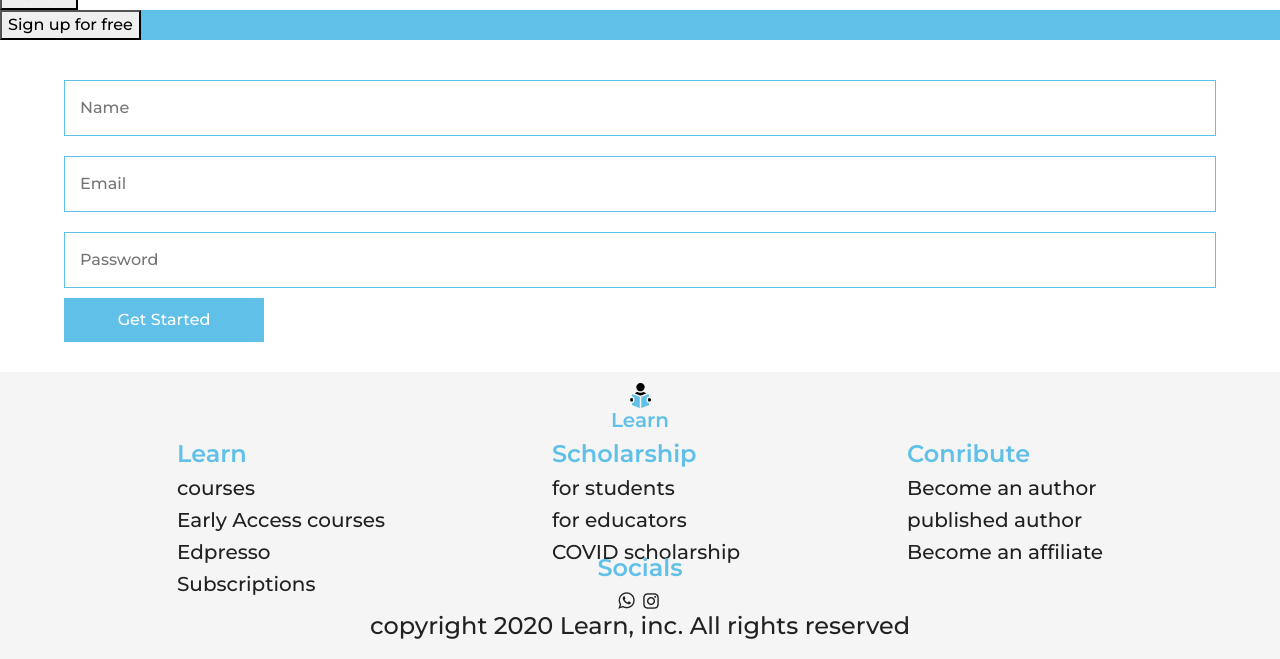
Repository: TiaraOluwanimi/team5
Page: tutor.html
The author's editor kept a copy of each file at every save. The page is drawn from the files as they stood at one save, then again after the next save.
The browser window is 1280 px wide. The pictures show the part of the page from y = 2365 to 3024 px (the page is 3024 px tall before and 2964 px after).
A picture or video elsewhere on the page could not be fetched, so the positions and the page height are approximate. Some web libraries are served in a nearby version.

Above is the page before, as saved 2020-08-08 11:38:00.

### tutor.html
<!DOCTYPE html>
<html lang="en">
  <head>
    <meta charset="UTF-8" />
    <meta name="viewport" content="width=device-width, initial-scale=1.0" />
    <title>Online Tutoring</title>
    <!-- Custom Css -->
    <link rel="stylesheet" href="./assets/css/header-footer.css" />
    <link rel="stylesheet" href="./assets/css/tutor.css" />
    <link rel="stylesheet" href="./assets/css/testimonial.css" />
    <!-- Favicon -->
    <link rel="shortcut icon" href="" type="image/x-icon" />
    <!---------------------- CDNs----------------- -->
    <!-- Bootstrap CSS CDN -->
    <link
      rel="stylesheet"
      href="https://maxcdn.bootstrapcdn.com/bootstrap/4.0.0/css/bootstrap.min.css"
      integrity="sha384-Gn5384xqQ1aoWXA+058RXPxPg6fy4IWvTNh0E263XmFcJlSAwiGgFAW/dAiS6JXm"
      crossorigin="anonymous"
    />
    <!-- fontawesome CDN -->
    <!-- Google Font -->
    <link href="https://fonts.googleapis.com/css2?family=Montserrat:wght@500;600&display=swap" rel="stylesheet">
    <!-- Font Awesome -->
    <script src="https://kit.fontawesome.com/0f19ba4771.js" crossorigin="anonymous"></script>

</head>

<body>
    <!-- Welcome to this online tutoring website. 😊 -->
    <!--  Header  -->
    <nav class="nav1">
      <a href="#"><img src="./assets/img/logo.png" alt="" /></a>
      <div class="nav1div1">
        <img
          class="searchicon"
          onclick="displaySearchBar()"
          src="./assets/img/search.png"
          alt=""
        />
        <button class="nav1butt1">Log in</button>
        <button class="nav1butt2">Join for free</button>
      </div>
      <div class="nav1div2 display">
        <input
          class="searchbar"
          type="text"
          placeholder="Enter Text here"
          name=""
          id=""
        />
      </div>
    </nav>

    <!-- Landing Page -->
    <div class="div1">
        <img class="div1img1" src="./assets/img/hero-img.png" alt="">
        <div class="div1div1">
            <i class="fas fa-play-circle fa-2x div1img2"></i>
            &nbsp;&nbsp;&nbsp;
            <h3 class="div1hh1">TAKE A TOUR</h3>
        </div>
    </div>

    <div class="div2">
        <h1 class="div2hh1">
            LEARN ALL YOU WANT, AT YOUR OWN
            <span class="div2hh2">PACE.</span>
        </h1>
        <h4 class="div2hh3">
            Lorem ipsum dolor sit amet, consectetur
            adipiscing elit, sed do eiusmod tempor
            incididunt ut labore et dolore magna
            aliqua. Ut enim ad minim veniam, quis
            nostrud exercitation ullamco laboris nisi
            ut aliquip ex ea commodo consequat.
        </h4>
        <div class="div2div1">
            <button class="div2butt1">Get Started</button>
        </div>
    </div>
    <!-- join us section -->
    <section id="join-us" class="py-5" style="position: relative;">
        <div style="position: absolute; right: 0px; top:-10px;">
          <img src="./assets/img/Ellipse 13.png" alt="" class="img-fluid" />
        </div>
        <div class="container">
          <div class="row">
            <div class="col-12 mx-auto text-center">
              <h4 class="mx-auto sec-head">
                <span><strong>Join Us</strong></span>
              </h4>
              <p>
                Join us for free classes taught by experts. And explore hundreds
                of free online classes.
              </p>
            </div>
            <div class="row py-3">
                <div class="col-md-4 text-center my-3">
                  <div class="box-shadow py-3">
                    <img
                      src="./assets/img/course.png"
                      alt=""
                      class="join-img img-fluid rounded-circle w-50"
                    />
                    <h4 class="my-5"><strong>Choose a Course</strong></h4>
                  </div>
                </div>
                <div class="col-md-4 text-center my-3">
                  <div class="box-shadow py-3">
                    <img
                      src="./assets/img/skillset.png"
                      alt=""
                      class="join-img img-fluid rounded-circle w-50"
                    />
                    <h4 class="my-5"><strong>Grow your skillset</strong></h4>
                  </div>
                </div>
                <div class="col-md-4 text-center my-3">
                  <div class="box-shadow py-3">
                    <img
                      src="./assets/img/mentorship.png"
                      alt=""
                      class="join-img img-fluid rounded-circle w-50"
                    />
                    <h4 class="my-5"><strong>Meet a mentor</strong></h4>
                  </div>
                </div>
                <button
                  class="btn btn-lg btn-outline-primary py-3 px-5 rounded-0 mx-auto"
                >
                  View All
                </button>
              </div>
            </div>
          </section>

    <!-- service section -->
    <section id="services" class="py-5" style="position: relative;">
      <div style="position: absolute; left: 0px; top: -30px;">
        <img src="./assets/img/Ellipse 10.png" alt="" />
      </div>
      <div
        style="position: absolute; right: 0px; top: 30%; transform: scale(-1);"
      >
        <img src="./assets/img/Ellipse 10.png" alt="" />
      </div>
      <div class="container">
        <div class="row">
          <div class="col-12 mx-auto text-center">
            <h4 class="mx-auto sec-head">
              <span><strong>Services</strong></span>
            </h4>
            <p>
              Helping over 5,000 students reach their ultimate goals with our
              special packages.
            </p>
          </div>
        </div>
        <div class="row p-3">
          <div class="col-md-4 text-center py-3">
            <h4><strong>Get help, FAST</strong></h4>
            <img
              src="./assets/img/hourglass 1.png"
              alt=""
              class="img-fluid w-25 my-3"
            />
            <p class="my-3" style="font-size: 14px;">
              Lorem ipsum dolor sit amet, consectetur adipiscing elit, sed do
              eiusmod tempor incididunt ut labore et dolore magna aliqua. Ut
              enim ad minim veniam, quis nostrud exercitation ullamco laboris
              nisi ut aliquip ex ea commodo consequat. um.
            </p>
            <h6 class="border py-3 px-1 mx-3 border-primary">
              Learn More <i></i>
            </h6>
          </div>
          <div class="col-md-4 text-center py-3">
            <h4><strong>Personalised tutoring</strong></h4>
            <img
              src="./assets/img/teacher 1.png"
              alt=""
              class="img-fluid w-25 my-3"
            />
            <p class="my-3" style="font-size: 14px;">
              Lorem ipsum dolor sit amet, consectetur adipiscing elit, sed do
              eiusmod tempor incididunt ut labore et dolore magna aliqua. Ut
              enim ad minim veniam, quis nostrud exercitation ullamco laboris
              nisi ut aliquip ex ea commodo consequat. um.
            </p>
            <h6 class="border py-3 px-1 mx-3 border-primary">
              Learn More <i></i>
            </h6>
          </div>
          <div class="col-md-4 text-center py-3">
            <h4><strong>80+ Courses</strong></h4>
            <img
              src="./assets/img/test 1.png"
              alt=""
              class="img-fluid w-25 my-3"
            />
            <p class="my-3" style="font-size: 14px;">
              Lorem ipsum dolor sit amet, consectetur adipiscing elit, sed do
              eiusmod tempor incididunt ut labore et dolore magna aliqua. Ut
              enim ad minim veniam, quis nostrud exercitation ullamco laboris
              nisi ut aliquip ex ea commodo consequat. um.
            </p>
            <h6 class="border py-3 px-1 mx-3 mx-lg-1 border-primary">
              Learn More <i></i>
            </h6>
          </div>
        </div>
      </div>
    </section>
    <!-- Testimonial section -->
    <section>
      <div>
        <div class="testimonial-heading">
          <div>
            <hr>
            <span>Testimonials</span>
            <hr>
          </div>
          <p>what our awesome client are saying</p>
        </div>
        <div  id="testimonial-details">
          <div class="testimonial-card col-3">
            <img src="./assets/img/Ellipse 7.png" alt="">
            <div class="testimonial-statement">
              <p>Lorem ipsum dolor sit amet, consectetur adipiscing elit, sed do odo consequat. um.</p>
            </div>
            <p>-Rafiu</p>
          </div>
          <div class="testimonial-card col-3">
            <img src="./assets/img/Ellipse 7.png" alt="">
            <div class="testimonial-statement">
              <p>Lorem ipsum dolor sit amet, consectetur adipiscing elit, sed do odo consequat. um.</p>
            </div>
            <p>-Rafiu</p>
          </div>
          <div class="testimonial-card col-3">
            <img src="./assets/img/Ellipse 7.png" alt="">
            <div class="testimonial-statement">
              <p>Lorem ipsum dolor sit amet, consectetur adipiscing elit, sed do odo consequat. um.</p>
            </div>
            <p>-Rafiu</p>
          </div>

        </div>
          <button>View all</button>
        <div id="sign-button">

          <button>Sign up for free</button>
        </div>
        <div class="testimonial-container">
          <form >
            <input type="text" placeholder="Name">
            <input type="email" placeholder="Email">
            <input type="password" placeholder="Password">
            <button>Get Started</button>
          </form>
        </div>
      </div>
    </section>
    <!--  Footer  -->
    <footer class="footer1">
      <div class="footer1div1">
        <img class="footer1img1" src="./assets/img/logo.png" alt="" />
        <h5 class="footer1hh1">Learn</h5>
      </div>

      <div class="footer1div2">
        <div class="footer1div3">
          <h4 class="footer1hh2">Learn</h4>
          <a href="" class="footer1link1"
            ><h5 class="footer1hh3">courses</h5></a
          >
          <a href="" class="footer1link1"
            ><h5 class="footer1hh3">Early Access courses</h5></a
          >
          <a href="" class="footer1link1"
            ><h5 class="footer1hh3">Edpresso</h5></a
          >
          <a href="" class="footer1link1"
            ><h5 class="footer1hh3">Subscriptions</h5></a
          >
        </div>
        <div class="footer1div4">
          <h4 class="footer1hh2">Scholarship</h4>
          <a href="" class="footer1link1"
            ><h5 class="footer1hh3">for students</h5></a
          >
          <a href="" class="footer1link1"
            ><h5 class="footer1hh3">for educators</h5></a
          >
          <a href="" class="footer1link1"
            ><h5 class="footer1hh3">COVID scholarship</h5></a
          >
        </div>
        <div class="footer1div5">
          <h4 class="footer1hh2">Conribute</h4>
          <a href="" class="footer1link1"
            ><h5 class="footer1hh3">Become an author</h5></a
          >
          <a href="" class="footer1link1"
            ><h5 class="footer1hh3">published author</h5></a
          >
          <a href="" class="footer1link1"
            ><h5 class="footer1hh3">Become an affiliate</h5></a
          >
        </div>
      </div>

      <div class="footer1div6">
        <h4 class="footer1hh2 redd">Socials</h4>
        <a href="#"><img src="./assets/img/whatsapp.png" alt="" /></a>
        <a href="#"><img src="./assets/img/instagram.png" alt="" /></a>
      </div>

      <h4 class="footer1hh4">
        copyright 2020 Learn, inc. All rights reserved
      </h4>
    </footer>

    <!---------------------- CDNs----------------- -->
    <!-- jQuery CDN -->
    <script
      src="https://code.jquery.com/jquery-3.2.1.slim.min.js"
      integrity="sha384-KJ3o2DKtIkvYIK3UENzmM7KCkRr/rE9/Qpg6aAZGJwFDMVNA/GpGFF93hXpG5KkN"
      crossorigin="anonymous"
    ></script>
    <!-- ajax CDN -->
    <script
      src="https://cdnjs.cloudflare.com/ajax/libs/popper.js/1.12.9/umd/popper.min.js"
      integrity="sha384-ApNbgh9B+Y1QKtv3Rn7W3mgPxhU9K/ScQsAP7hUibX39j7fakFPskvXusvfa0b4Q"
      crossorigin="anonymous"
    ></script>
    <!-- BootstrapJS CDN -->
    <script
      src="https://maxcdn.bootstrapcdn.com/bootstrap/4.0.0/js/bootstrap.min.js"
      integrity="sha384-JZR6Spejh4U02d8jOt6vLEHfe/JQGiRRSQQxSfFWpi1MquVdAyjUar5+76PVCmYl"
      crossorigin="anonymous"
    ></script>
    <!-- Custom Javascript Links -->
    <script src="./assets/js/tutor.js"></script>
  </body>
</html>

### assets/css/header-footer.css

/*  Header Navbar */
body{
  margin: 0;
}
.nav1{
   margin: 10px;
}
.nav1div1{
    display: inline;
    float: right;
}
.nav1butt1{
    color: #212121;
    border-color: #212121;
    border-width: 1px;
    background-color: #FFFFFF;
    padding: 7px 7px;
    font-family: 'Montserrat', sans-serif;
    font-weight: 500;
    outline: none;
    margin-left: 35px;
}
.nav1butt2{
    color: #FFFFFF;
    border-color: #60C0E8;
    border: none;
    background-color: #60C0E8;
    padding: 8px 7px;
    font-family: 'Montserrat', sans-serif;
    font-weight: 500;
    outline: none;
    margin-left: 8px;
}
.nav1butt1:hover{
    background-color: #f0f0f0;
      cursor: pointer;
}
.nav1butt2:hover{
    background-color: #60adce;
    cursor: pointer;
}
.searchicon:hover{
    cursor: pointer;
}
.nav1div2{
    text-align: center;
    width: 100%;
    margin-top: 10px;
}
.searchbar{
    width: 60%;
    font-family: 'Montserrat', sans-serif;
    outline: none;
    border-radius: 10px;
    padding: 10px;
    border-width: 1px;
}
.footer1link1{
    text-decoration: none;
}
.display{
    display: none;
}



/*  Footer  */
.footer1{
    padding: 10px;
    background-color: #F5F5F5;
}
.footer1div1{
    text-align: center;
}
.footer1hh1{
    margin-top: 0px;
    font-family: 'Montserrat', sans-serif;
    color: #60C0E8;
    font-weight: 600;
}
.footer1div2{
    display: flex;
    flex-direction:row;
    justify-content: space-evenly;
}
.footer1hh2{
    font-family: 'Montserrat', sans-serif;
    color: #60C0E8;
    font-weight: 600;
}
.footer1hh3{
    font-family: 'Montserrat', sans-serif;
    color: #212121;
    font-weight: normal;
}
.footer1div6{
    text-align: center;
    margin-top: -50px;
}
.redd{
    margin-bottom: 5px;
}
.footer1hh4{
    text-align: center;
    font-family: 'Montserrat', sans-serif;
    color: #212121;
    font-style: normal;
    font-weight: 500;
}

/* Footer Media Queries */
@media only screen and (max-width: 399px) {
    .footer1div2{
        flex-direction: column;
        align-items: center;
    }
    .footer1div6{
        text-align: center;
        margin-top: -10px;
    }
}

### assets/css/tutor.css
* {
  font-family: "Montserrat", sans-serif;
}
.div1 {
  margin: 10px;
  text-align: center;
}
.div1div1 {
  width: 100%;
  display: flex;
  justify-content: center;
  background-color: #60c0e8;
  margin-top: -5px;
}
.div1img1 {
  width: 100%;
  height: 350px;
}
.div1img2 {
  padding-top: 15px;
  color: #ffffff;
}
.div1div1:hover {
  background-color: #60adce;
  cursor: pointer;
}
.div1hh1 {
  font-family: "Montserrat", sans-serif;
  font-weight: 600;
  color: #ffffff;
}

.div2 {
  margin: 10px;
}
.div2hh1 {
  font-family: "Montserrat", sans-serif;
  text-align: center;
  color: #3a3a3a;
  font-weight: bold;
}
.div2hh2 {
  color: #60c0e8;
}
.div2hh3 {
  font-family: "Montserrat", sans-serif;
  text-align: center;
  color: #000000;
  font-weight: 500;
}
.div2div1 {
  text-align: center;
}
.div2butt1 {
  background-color: #60c0e8;
  font-weight: 500;
  color: #ffffff;
  border: none;
  outline: none;
  padding: 15px 30px;
  font-size: large;
}
.div2butt1:hover {
  background-color: #60adce;
  cursor: pointer;
}

/* this handles the line in each section heading  */
.sec-head {
  width: 30%;
  text-align: center;
  border-bottom: 2px solid #000;
  line-height: 0.1em;
  margin: 10px 0 20px;
}
.sec-head span {
  background: #fff;
  padding: 0 10px;
}
/* join us images border */
.join-img {
  border: 5px solid #60c0e8 !important;
}
/* box shadow */
.box-shadow {
  box-shadow: 0px 5px 30px 0.5px #e6e6e6;
}
.box-shadow:hover {
  box-shadow: 0px 5px 30px 5px #c7c7c7;
}

@media screen and (max-width: 320px) {
  .sec-head {
    width: 70%;
  }
}

### assets/css/testimonial.css
.testimonial-heading{
    text-align:center;
    margin-bottom: 50px;;
}
.testimonial-card{
    text-align: center;
    width:500px;
    padding:15px;
    position: relative;
    background-color: #60C0E8;
    margin: 50px 20px 25px;


}
.testimonial-card img{
    margin-top:-60px;

    width:120px;
    border: 8px solid white;
    border-radius: 100%;

}
.testimonial-statement{
    color:#fff;
    margin:10px 0;
}
#testimonial-details{
    display:flex;
    justify-content: space-around;
    flex-wrap:nowrap;
    overflow-x: scroll;
}
.testimonial-container{
    width:90%;
    margin:0 auto;
    overflow: hidden;
}

#sign-button{
    background: #60C0E8;
}
form{
    box-sizing: border-box;
    margin:30px 0;
}
form input{
    width:100%;
    margin:10px 0;
    padding:15px;
    border: 1px solid #60C0E8;
    box-sizing: border-box;
}

form button{
    width:200px;
    margin: 0 auto;
    background: #60C0E8;
    color:#fff;
    padding:10px;
    border:none;
}

### assets/js/tutor.js

function displaySearchBar(){
    document.querySelector(".nav1div2").classList.toggle("display");
}

After the next save:
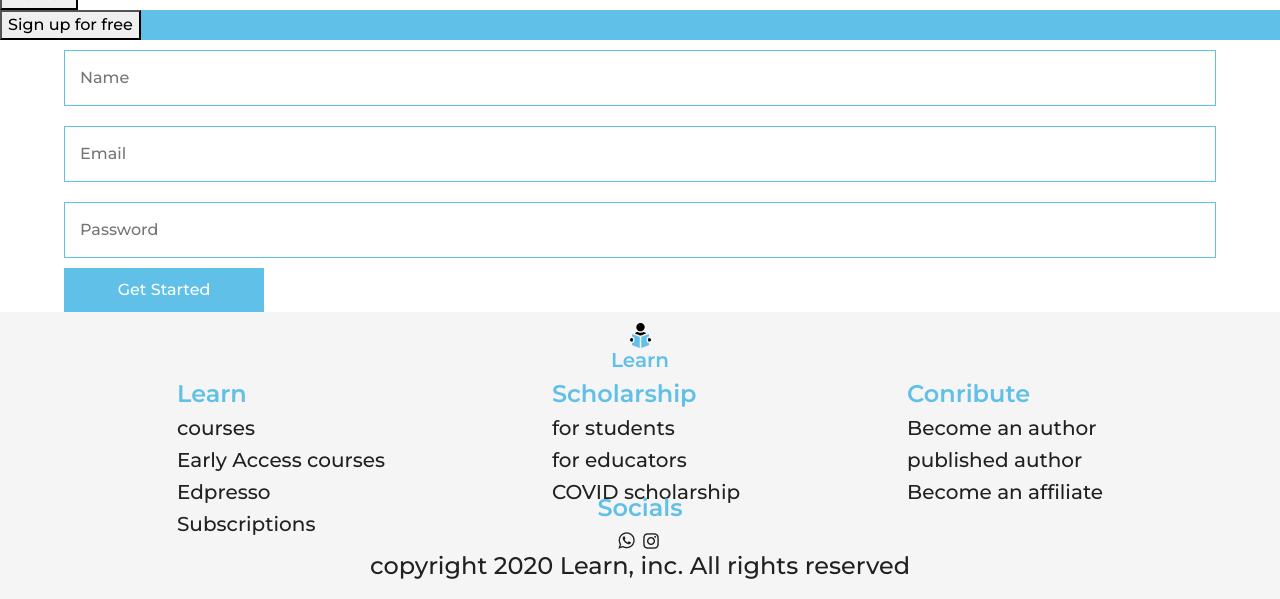
Saved 7 s later.
--- a/assets/css/testimonial.css
+++ b/assets/css/testimonial.css
@@ -39,6 +39,7 @@
 #sign-button{
     background: #60C0E8;
 }
+#sign
 form{
     box-sizing: border-box;
     margin:30px 0;

After the 2 saves that followed:
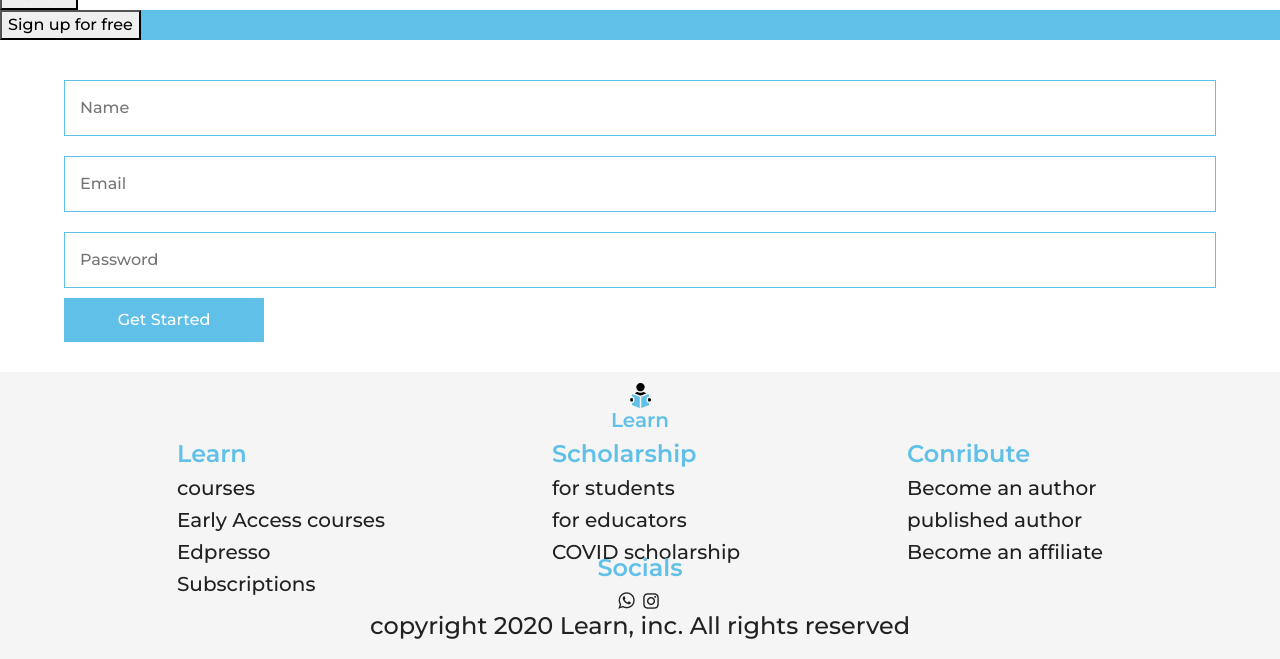
The 2 saves are shown as one change because 1 left the picture as it was.
The last was saved 9 s later.
--- a/assets/css/testimonial.css
+++ b/assets/css/testimonial.css
@@ -39,7 +39,9 @@
 #sign-button{
     background: #60C0E8;
 }
-#sign
+#sign-button button{
+    ele
+}
 form{
     box-sizing: border-box;
     margin:30px 0;
